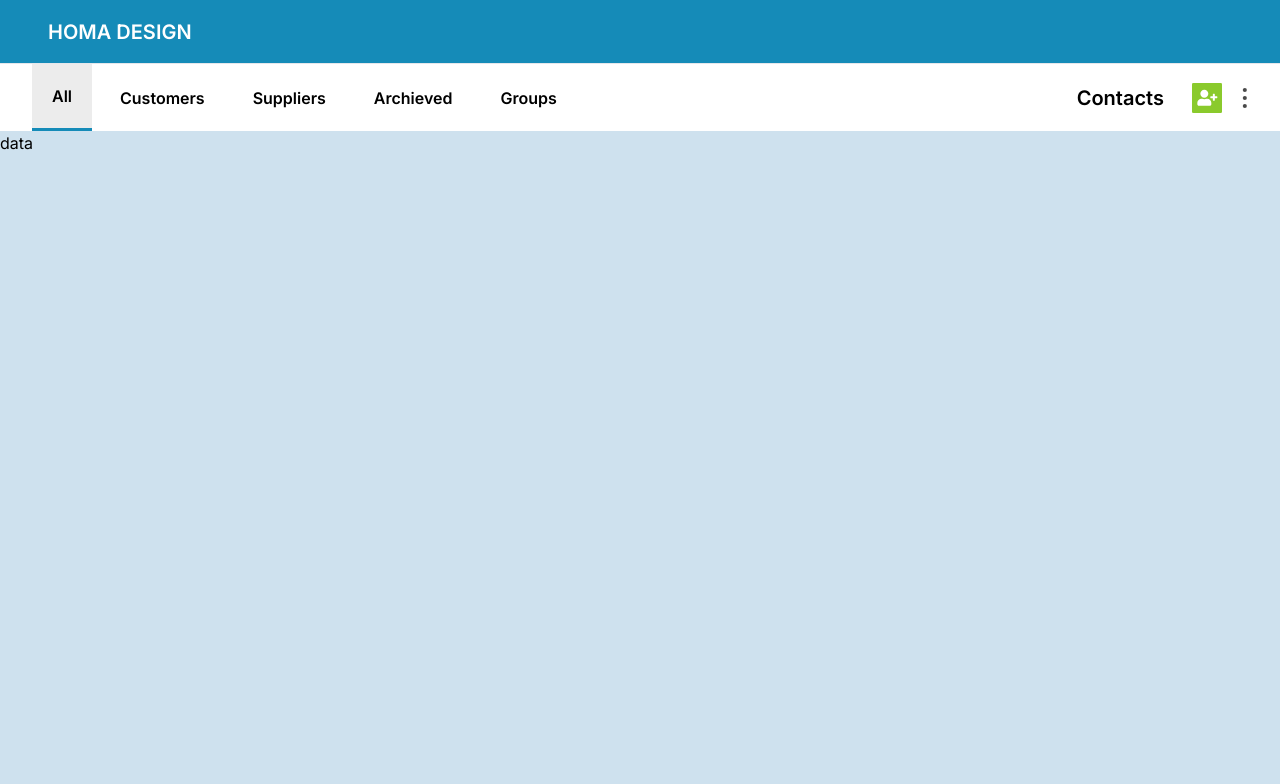
Repository: khairul35/homa-FE
Page: /contact
These files come from the project's save history. The page is drawn as it stood at one moment and after the next save; the edit follows.
The browser window is 1280 px wide. The pictures show the whole page.
The project was rebuilt for these pictures with package versions that can differ from the ones it lists, and the page was loaded fresh each time. The framework's server and built-in components were replaced by stand-ins that run in the browser. Also part of the build but not shown: next.config.js, app/components/layout/header/BusinessMenu.tsx, app/components/layout/header/CompanyMenu.tsx.

Above is the page before, as saved 2024-01-06 14:07:11.

### app/layout.tsx
import type { Metadata } from 'next'
import { Inter } from 'next/font/google'
import Header from './components/layout/Header';
import './globals.css'

const inter = Inter({ subsets: ['latin'] })

export const metadata: Metadata = {
  title: 'MyAccount2U',
  description: 'Accounting System',
}

export default function RootLayout({
  children,
}: {
  children: React.ReactNode
}) {
  return (
    <html lang="en">
      <body className={inter.className}>
        <div className='flex flex-col h-screen'>
          <Header />
          {children}
        </div>
      </body>
    </html>
  )
}

### app/contact/page.tsx
'use client';
import { useState } from 'react';
import { ComponentProps, Contact } from './index.props';
import Component from './index.component';
import ContactForm from './form';
import { FormProps } from './form/index.props';

const emptySelectedContact: Contact = {
    id: null,
    name: '',
    accountNumber: '',
    youOwe: null,
    theyOwe: null,
    status: 'Active',
    type: 'Customers',
    website: null,
    registrationNumber: null,
    notes: null,
    isBillingSameAsDelivery: false,
    organizationId: null,
};

const Contact = () => {
    const [currentTab, setCurrentTab] = useState('all');
    const [show, setShow] = useState<'list'|'form'>('list');
    const [selectedContact, setSelectedContact] = useState<Contact>(emptySelectedContact)
    const selectedStyle = {
        backgroundColor: '#ECECEC',
        borderBottom: '3px solid #158BB8',
    };

    const onClickAddContact = () => {
        setSelectedContact(emptySelectedContact)
        setShow('form');
    };

    const componentProps: ComponentProps = {
        currentTab,
        selectedStyle,
        setCurrentTab,
        onClickAddContact
    };

    const contactFormProps: FormProps = {
        selectedContact,
        setShow,
    };

    if (show == 'list') {
        return (<Component {...componentProps} />);
    }
    if (show == 'form') {
        return (<ContactForm {...contactFormProps} />);
    }
    return(<></>);
};

export default Contact;

### app/contact/index.component.tsx
import { ComponentProps } from "./index.props";

const Component = (props: ComponentProps) => {
    const {
        currentTab,
        selectedStyle,
        onClickAddContact,
        setCurrentTab,
    } = props;

    return (
        (
            <main className="flex min-h-screen flex-col justify-between bg-bg-color">
                <div>
                    <div className="bg-white">
                        <div className="flex items-center justify-between px-4 sm:px-6 md:px-8">
                            <div className="flex items-center space-x-2">
                                <span
                                    className="hidden sm:inline font-semibold p-5 cursor-pointer"
                                    style={currentTab == 'all' ? selectedStyle : undefined }
                                    onClick={() => setCurrentTab('all')}
                                >
                                    All
                                </span>
                                <span
                                    className="hidden sm:inline font-semibold p-5 cursor-pointer"
                                    style={currentTab == 'customers' ? selectedStyle : undefined }
                                    onClick={() => setCurrentTab('customers')}
                                >
                                    Customers
                                </span>
                                <span
                                    className="hidden sm:inline font-semibold p-5 cursor-pointer"
                                    style={currentTab == 'suppliers' ? selectedStyle : undefined }
                                    onClick={() => setCurrentTab('suppliers')}
                                >
                                    Suppliers
                                </span>
                                <span
                                    className="hidden sm:inline font-semibold p-5 cursor-pointer"
                                    style={currentTab == 'archieved' ? selectedStyle : undefined }
                                    onClick={() => setCurrentTab('archieved')}
                                >
                                    Archieved
                                </span>
                                <span
                                    className="hidden sm:inline font-semibold p-5 cursor-pointer"
                                    style={currentTab == 'groups' ? selectedStyle : undefined }
                                    onClick={() => setCurrentTab('groups')}
                                >
                                    Groups
                                </span>
                            </div>
                            <div className="flex items-center">
                                <h2 className="hidden sm:block text-xl font-semibold">
                                    Contacts
                                </h2>
                                <div className="flex items-center ml-2">
                                    <button className="ml-5" onClick={onClickAddContact}>
                                        <svg xmlns="http://www.w3.org/2000/svg" width="30" height="30" viewBox="0 0 45 45" fill="none">
                                            <rect width="45" height="45" rx="2" fill="#8ACA2C"/>
                                            <path d="M37.25 19.75H34.25V16.75C34.25 16.3375 33.9125 16 33.5 16H32C31.5875 16 31.25 16.3375 31.25 16.75V19.75H28.25C27.8375 19.75 27.5 20.0875 27.5 20.5V22C27.5 22.4125 27.8375 22.75 28.25 22.75H31.25V25.75C31.25 26.1625 31.5875 26.5 32 26.5H33.5C33.9125 26.5 34.25 26.1625 34.25 25.75V22.75H37.25C37.6625 22.75 38 22.4125 38 22V20.5C38 20.0875 37.6625 19.75 37.25 19.75ZM18.5 22C21.8141 22 24.5 19.3141 24.5 16C24.5 12.6859 21.8141 10 18.5 10C15.1859 10 12.5 12.6859 12.5 16C12.5 19.3141 15.1859 22 18.5 22ZM22.7 23.5H21.9172C20.8766 23.9781 19.7188 24.25 18.5 24.25C17.2812 24.25 16.1281 23.9781 15.0828 23.5H14.3C10.8219 23.5 8 26.3219 8 29.8V31.75C8 32.9922 9.00781 34 10.25 34H26.75C27.9922 34 29 32.9922 29 31.75V29.8C29 26.3219 26.1781 23.5 22.7 23.5Z" fill="white"/>
                                        </svg>
                                    </button>
                                    <button className="ml-5">
                                        <svg xmlns="http://www.w3.org/2000/svg" width="6" height="20" viewBox="0 0 6 27" fill="none">
                                            <circle cx="2.75704" cy="2.75704" r="2.75704" fill="#494949"/>
                                            <circle cx="2.75704" cy="13.5002" r="2.75704" fill="#494949"/>
                                            <circle cx="2.75704" cy="24.2429" r="2.75704" fill="#494949"/>
                                        </svg>
                                    </button>
                                </div>
</div>

                        </div>
                    </div>
                    <div>
                        data
                    </div>
                </div>
            </main>
        )
    )
};

export default Component;

### api/organization/index.ts
import repository from "../repository";
import { CreateOrganizationProps, UpdateOrganizationProps } from "./props";

const resource = '/api/organization';

const api = {
    findMyOrganization() {
        return repository.get(`${resource}/me`);
    },
    findMyOrganizations() {
        return repository.get(`${resource}/me/all`);
    },
    createOrganization(body: CreateOrganizationProps) {
        return repository.post(`${resource}`, body);
    },
    updateOrganization(body: UpdateOrganizationProps) {
        return repository.put(`${resource}`, body);
    },
    updateCurrentOrganization(organizationId: number) {
        return repository.put(`${resource}/current-organization/${organizationId}`);
    },
};

export default api;

### api/repository.ts
import axios from 'axios';
import AuthRepository from './auth';

const repository = axios.create({
    baseURL: 'http://localhost:3000',
});

// Request interceptor to add Bearer token to outgoing requests
repository.interceptors.request.use(
    (config) => {
        const accessToken = localStorage.getItem('accessToken');
        if (accessToken) {
            config.headers.Authorization = `Bearer ${accessToken}`;
        }
        return config;
    },
    (error) => {
        return Promise.reject(error);
    }
);

let isRefreshing = false;
let failedQueue: any = [];

// Function to refresh the session and retry failed requests
async function retryFailedRequests(error: any) {
    if (isRefreshing) {
        try {
            const { data } = await AuthRepository.refreshToken();
            localStorage.setItem('accessToken', data.accessToken);
            localStorage.setItem('refreshToken', data.refreshToken);
            localStorage.setItem('isLogin', 'true');
            failedQueue.forEach((prom: any) => {
                prom.resolve(repository(prom.originalRequest));
            });
            failedQueue = [];
        } catch (error) {
            localStorage.setItem('isLogin', 'false');
            window.location.href = '/login';
            failedQueue.forEach((prom: any) => {
                prom.reject(error);
            });
            failedQueue = [];
        } finally {
            isRefreshing = false;
        }
    }
}

// Response interceptor to handle failed requests due to expired tokens
repository.interceptors.response.use(
    (response) => response,
    async (error) => {
        const {
            config,
            response: { status },
        } = error;

        if (status === 401) {
            const originalRequest = config;
            if (!isRefreshing) {
                isRefreshing = true;
                return new Promise((resolve, reject) => {
                    failedQueue.push({ resolve, reject, originalRequest });
                    retryFailedRequests(error);
                }).then((res) => {
                    return res;
                }).catch((err) => {
                    return Promise.reject(err);
                });
            } else {
                return new Promise((resolve, reject) => {
                    failedQueue.push({ resolve, reject, originalRequest });
                }).then((res) => {
                    return res;
                }).catch((err) => {
                    return Promise.reject(err);
                });
            }
        }
        return Promise.reject(error.response);
    }
);

export default repository;

### api/auth.ts
import repository from "./repository";

const resource = "/api/auth";

const api = {
    login(username: string, password: string) {
        return repository.post(
            `${resource}/login`,
            { username, password },
        );
    },
    refreshToken() {
        return repository.post(
            `${resource}/refreshToken`,
            { refreshToken: localStorage.getItem('refreshToken') },
        );
    },
    logout() {
        return repository.post(`${resource}/logout`);
    },
    logoutAllDevice() {
        return repository.post(`${resource}/logout/all-device`);
    },
};

export default api;

### tailwind.config.ts
import type { Config } from 'tailwindcss'

const config: Config = {
  content: [
    './pages/**/*.{js,ts,jsx,tsx,mdx}',
    './components/**/*.{js,ts,jsx,tsx,mdx}',
    './app/**/*.{js,ts,jsx,tsx,mdx}',
  ],
  theme: {
    extend: {
      backgroundImage: {
        'gradient-radial': 'radial-gradient(var(--tw-gradient-stops))',
        'gradient-conic':
          'conic-gradient(from 180deg at 50% 50%, var(--tw-gradient-stops))',
      },
      backgroundColor: {
        'bg-color': '#CEE1EE', // Define a custom background color class
      },
      button: {
        'primary': '#158BB8',
      },
      fontWeight: {
        'label': '600',
      },
    },
  },
  plugins: [require("daisyui")],
  daisyui: {
    themes: [
      {
        mytheme: {
          "primary": "#158BB8",
          "secondary": "#d926a9",
          "accent": "#1fb2a6",
          "neutral": "#2a323c",
          "base-100": "#1d232a",
          "info": "#3abff8",
          "success": "#36d399",
          "warning": "#fbbd23",
          "error": "#f87272",
        },
      },
    ],
  },
}
export default config

### app/contact/form/index.tsx
'use client';

import { useState } from "react";
import Component from "./index.component";
import { ComponentProps, FormProps } from "./index.props";

const ContactForm = (props: FormProps) => {
    const { selectedContact, setShow } = props;

    const [menu, setMenu] = useState<string>('details');

    const onBack = () => {
        setShow('list');
    };

    const componentProps: ComponentProps = {
        menu,
        selectedContact,
        setMenu,
        onBack,
    };

    return (<Component {...componentProps} />)
};

export default ContactForm;

### app/contact/form/index.component.tsx
import { ComponentProps } from "./index.props"
import styles from './index.module.css';
import ContactDetails from "./contact-details";

const Component = (props: ComponentProps) => {
    const { menu, selectedContact, setMenu, onBack } = props;

    const DetailComponent = () => {
        if (menu == 'details') {
            return (
                <>
                    <ContactDetails { ...{ contact: selectedContact } } />
                </>
            )
        }
        return (<></>)
    }

    return (
        <div className="bg-bg-color min-h-screen overflow-auto pb-5">
            <div className="bg-white border-b-2 border-black">
                <h1 className="pl-20 pt-5 pb-5 text-l font-bold">
                    <a
                        className="text-blue-600 cursor-pointer"
                        onClick={() => onBack()}
                    >
                        Contact
                    </a>
                    &nbsp;&gt; {selectedContact?.id ? selectedContact.name : 'Add Contact'}
                </h1>
            </div>
            <div
                className="flex
                    flex-col
                    md:flex-row
                    bg-white
                    m-10
                    pt-2
                    border-gray-500
                    border-solid
                    border"
                >
                <div className="md:w-1/4 md:order-1">
                    <div
                        className={`p-2 font-semibold cursor-pointer
                            ${styles.menu}
                            ${menu == 'details' ? styles.selectedMenu : ''}`
                        }
                        onClick={() => setMenu('details')}
                    >
                        Contact Details
                    </div>
                    <div
                        className={`p-2 font-semibold cursor-pointer
                            ${styles.menu}
                            ${menu == 'address' ? styles.selectedMenu : ''}`
                        }
                        onClick={() => setMenu('address')}
                    >
                        Addresses
                    </div>
                    <div
                        className={`p-2 font-semibold cursor-pointer
                            ${styles.menu}
                            ${menu == 'financial' ? styles.selectedMenu : ''}`
                        }
                        onClick={() => setMenu('financial')}
                    >
                        Financial Details
                    </div>
                    <div className="divider before:bg--gray-500 after:bg--gray-500"></div>
                    <div
                        className={`p-2 font-semibold cursor-pointer
                            ${styles.menu}
                            ${menu == 'setting' ? styles.selectedMenu : ''}`
                        }
                        onClick={() => setMenu('setting')}
                    >
                        Default Settings
                    </div>
                    <div
                        className={`p-2 font-semibold cursor-pointer
                            ${styles.menu}
                            ${menu == 'sales' ? styles.selectedMenu : ''}`
                        }
                        onClick={() => setMenu('sales')}
                    >
                        Sales default
                    </div>
                    <div
                        className={`p-2 font-semibold cursor-pointer
                            ${styles.menu}
                            ${menu == 'purchase' ? styles.selectedMenu : ''}`
                        }
                        onClick={() => setMenu('purchase')}
                    >
                        Purchase Default
                    </div>
                </div>
                <div className="md:w-3/4 md:order-2">
                    <DetailComponent />
                </div>
            </div>
        </div>
    );
};

export default Component;

### app/contact/form/index.module.css
.selectedMenu {
    background: #D9D9D9;
    color: #158BB8;
    border-left: 2px solid #192159 !important;
}

.menu:hover {
    background: #ececec;
    color: #158BB8;
    border-left: 2px solid #192059a1 !important;
}

### app/contact/form/contact-details/index.tsx
'use client';
import Component from "./index.component";
import { ComponentProps, ContactDetailProps } from "./index.props";

const ContactDetails = (props: ContactDetailProps) => {
    const { contact } = props;

    const componentProps: ComponentProps = {
        contact,
    };

    return (<Component {...componentProps} />)
};

export default ContactDetails;

### app/contact/form/contact-details/index.component.tsx
import { ComponentProps } from "./index.props";
import styles from './index.module.css';

const Component = (props: ComponentProps) => {
    const { contact } = props;

    const labelClass = "input-sm input input-bordered  bg-white border-gray-400 w-full md:w-[500px]"

    return (
        <div>
            <h2 className="p-4 pl-10 font-semibold">Contact Details</h2>
            <div className={styles.divider}></div>
            <div className="p-5">
                <form method="dialog">
                    <label className="label mt-5">Contact Name (required)</label>
                    <input
                        placeholder="A bussiness or persons name"
                        className={labelClass}
                    />
                    <label className="label mt-5">Account number</label>
                    <input
                        placeholder=""
                        className={labelClass}
                    />
                    <p className="text-xs font-light pt-2">
                        Add a unique account number to identity, reference and search for the contact
                    </p>
                    <h2 className="pt-10 font-semibold">Primary person</h2>
                    <div className="flex flex-wrap justify-center md:justify-start gap-5">
                        {/* First Name */}
                        <div className="w-full md:w-[calc(50%-10px)]">
                            <label className="label mt-2">First Name</label>
                            <input
                                type="text"
                                placeholder="First Name"
                                className="input-sm input input-bordered bg-white border-gray-400 w-full"
                            />
                        </div>

                        {/* Last Name */}
                        <div className="w-full md:w-[calc(50%-10px)]">
                            <label className="label mt-2">Last Name</label>
                            <input
                                type="text"
                                placeholder="Last Name"
                                className="input-sm input input-bordered bg-white border-gray-400 w-full"
                            />
                        </div>
                    </div>
                    <label className="label mt-5">Email</label>
                    <input
                        placeholder="name@email.com"
                        className={labelClass}
                    />
                    <div>
                        <a className={styles.addAnotherPersonAnchor}>
                            + Add another person
                        </a>
                    </div>
                </form>
            </div>
        </div>
    );
};

export default Component;

### app/contact/form/contact-details/index.module.css
.divider {
    border-bottom: 1px solid #000;
}

.addAnotherPersonAnchor {
    color: #158BB8;
    padding: 5px;
    margin-top: 20px;
    cursor: pointer;
    font-weight: bold;
}

Loaded but not shown: app/globals.css (common file); app/components/layout/Header.tsx (150 lines, source omitted)

After the next save:
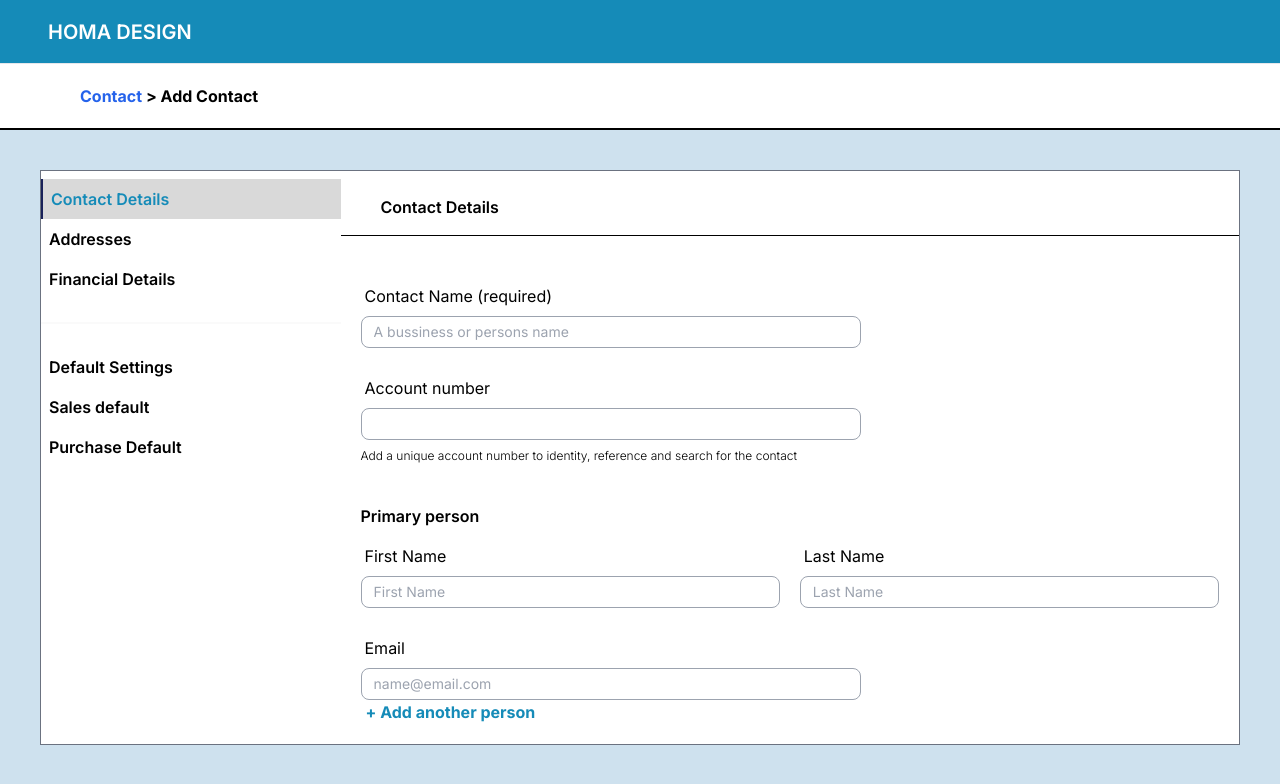
Saved 14 s later.
--- a/app/contact/page.tsx
+++ b/app/contact/page.tsx
@@ -22,7 +22,7 @@ const emptySelectedContact: Contact = {
 
 const Contact = () => {
     const [currentTab, setCurrentTab] = useState('all');
-    const [show, setShow] = useState<'list'|'form'>('list');
+    const [show, setShow] = useState<'list'|'form'>('form');
     const [selectedContact, setSelectedContact] = useState<Contact>(emptySelectedContact)
     const selectedStyle = {
         backgroundColor: '#ECECEC',
